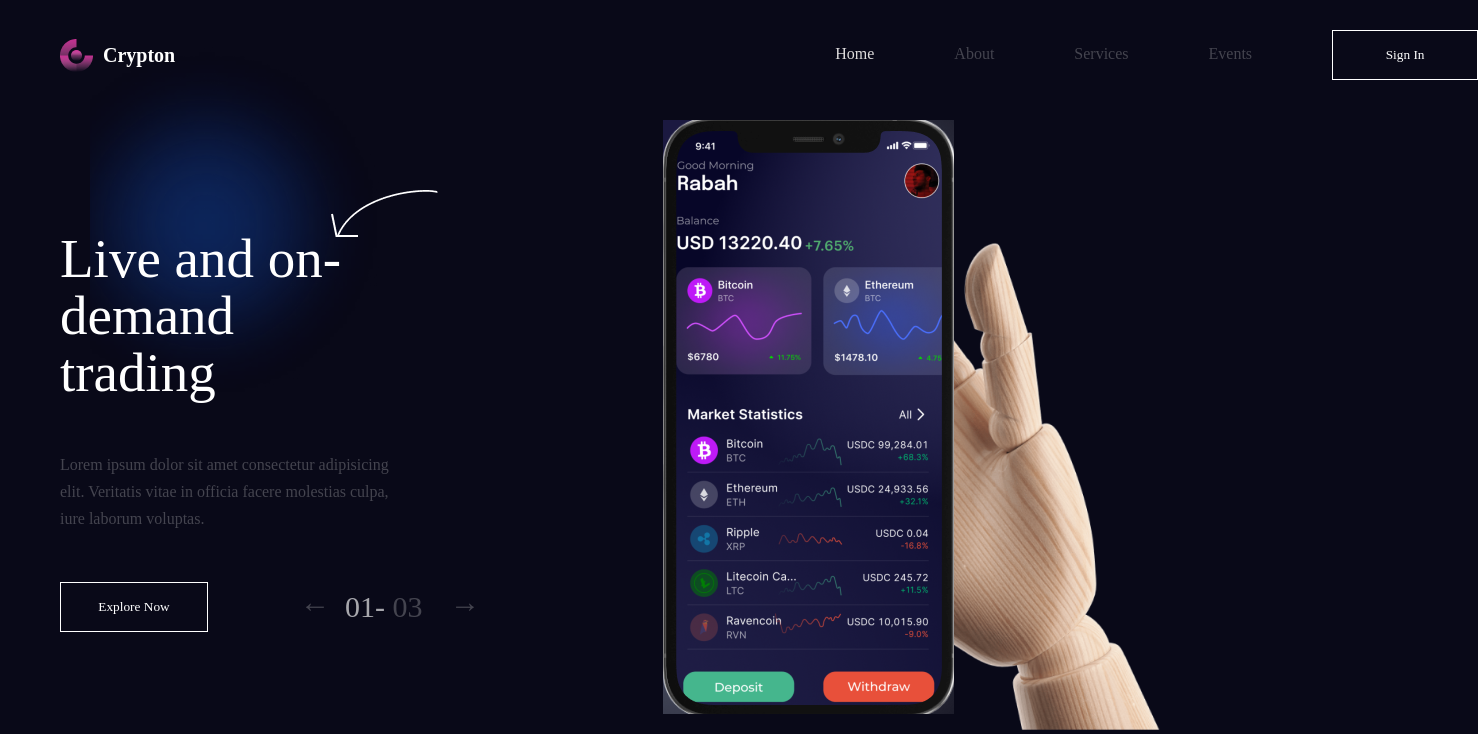
Repository: isaacCodes1/Crypton-Website
Page: index.html
An editor plug-in stored every save of this project. The page is shown before and after a run of saves, followed by the edit.
The browser window is 1280 px wide. The page is 1478 px wide, so the pictures cover 1478 px, including what lies to the right of the window. The pictures show the whole page.

Above is the page before, as saved 2024-05-14 20:59:41.

After the next 3 saves:
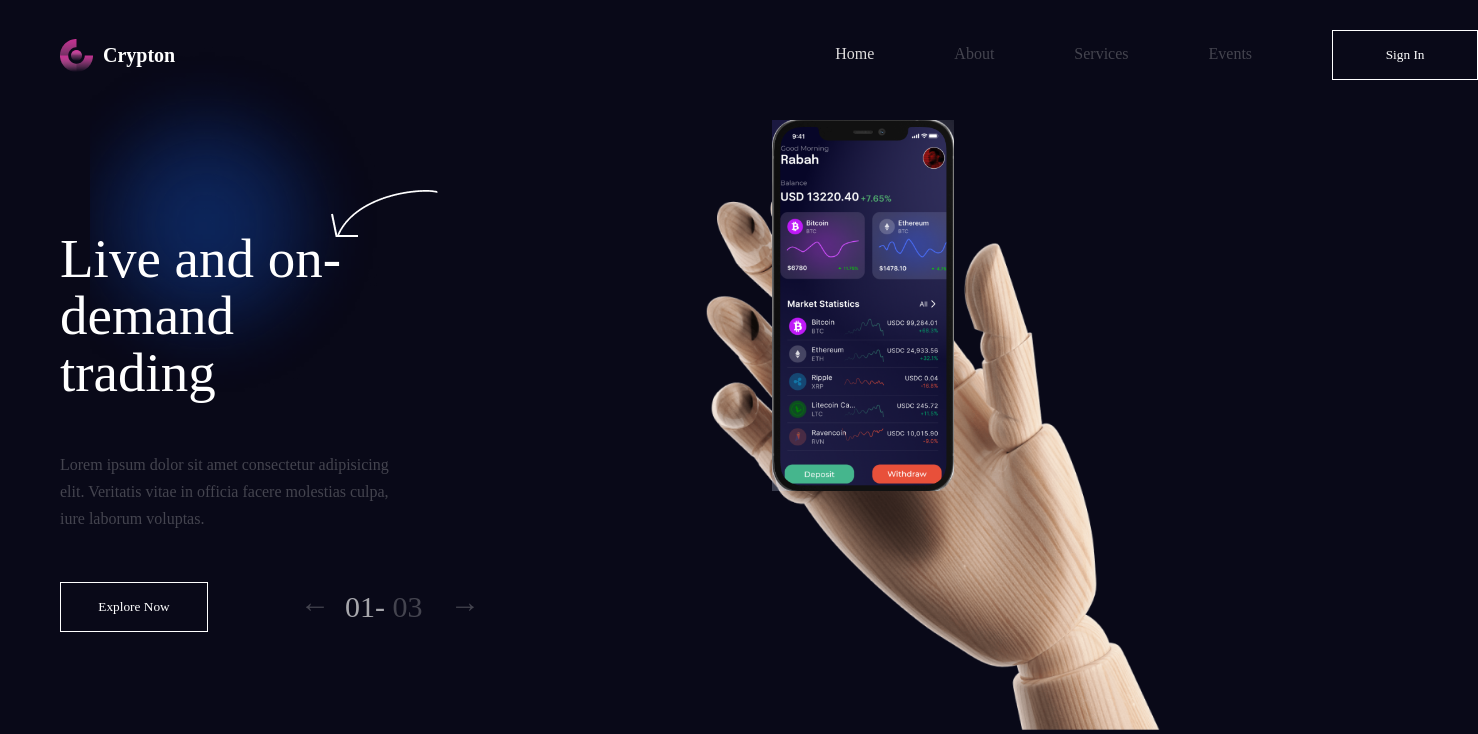
The 3 saves are shown as one change because they came seconds apart.
The last was saved 8 s later.
--- a/style.css
+++ b/style.css
@@ -144,5 +144,5 @@ body{
     position: absolute;
     right: 206px;
     top: -70px;
-    width: ;
+    width: 40%;
 }
